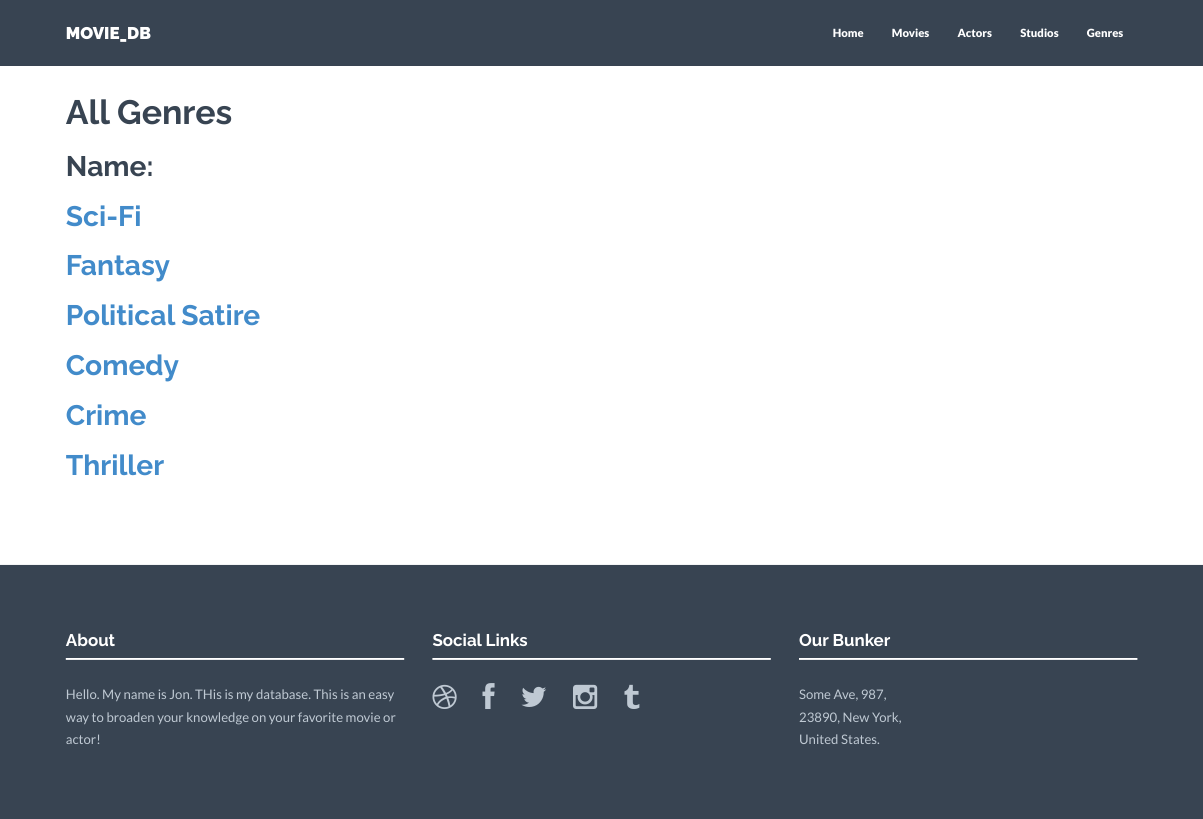
Repository: jonak91/Buzzerd-index
Page: http://localhost/genres.php
The author's editor kept a record of every edit. The page is drawn from the files as they stood at one moment, then again after the next edit.
The browser window is 1280 px wide. The pictures show the whole page, at 94% of full size.
Some web libraries are served in a nearby version. The page is run by PHP 8.4 with error messages shown; the project is at /var/www/html/. The database holds what the project's SQL file puts in it.

Above is the page before.
Not found: assets/js/modernizr.js

### genres.php
<?php require_once( 'incl/functions.php' ); ?>
<?php require_once( 'incl/header.php' ); ?>

 <div class="container mtb">
	 	<div class="row">

	 		<! -- MAIN CONTENAT AREA -->
	 		<div class="col-lg-8">

	 			<h1>All Genres</h1>

		 		<h2>Name:</h2>
		 		<?php
		 		$genres = get_genres();
		 		foreach ($genres as $genre) { ?>
		 		<h2><a href="genre.php?gID=<?php echo $genre['gID']; ?>"><?php echo $genre['name']; ?></a></h2>
		 		<?php } ?>
			</div><! --/ MAIN CONTENT AREA -->

	 	</div><! --/row -->
	 </div><! --/container -->

<?php require_once( 'incl/footer.php' ); ?>

### incl/functions.php
<?php
require_once('database.php');

$host= '127.0.0.1';
$u= 'jonak91';
$p = '';
$d= 'movies';

global $db;
$db= new Database($d, $u, $p, $host);

function get_movies(){
	$db = $GLOBALS['db'];
	$results = $db->query("SELECT * FROM movies ORDER BY title ASC"); //updated
	return $db->resToArray($results);
}

function get_5mostrecentmovies(){
	$db = $GLOBALS['db'];
	$results = $db->query("SELECT * FROM movies ORDER BY timestamp ASC LIMIT 5"); //updated
	return $db->resToArray($results);
}

function get_5mostrecentactors(){
	$db = $GLOBALS['db'];
	$results = $db->query("SELECT * FROM actors ORDER BY timestamp 'first_name' LIMIT 5"); //updated
	return $db->resToArray($results);
}

function get_actors(){
	$db= $GLOBALS['db'];
	$results = $db->query("SELECT * FROM actors ORDER BY 'first_name'"); //updated
	return $db->resToArray($results);
}

function get_studios(){
	$db= $GLOBALS['db'];
	$results = $db->query("SELECT * FROM studio"); //updated
	return $db->resToArray($results);
}

function get_genres(){
	$db= $GLOBALS['db'];
	$results = $db->query("SELECT * FROM genre"); //updated
	return $db->resToArray($results);
}

function get_movie($mID){
	$db= $GLOBALS['db'];
	$query= "SELECT * FROM movies WHERE mID = '$mID'"; //updated
	return $db->get_row($query);
}

function get_actor($aID){
	$db= $GLOBALS['db'];
	$query= "SELECT * FROM actors WHERE aID = '$aID'"; //updated
	return $db->get_row($query);
}

function get_studio($sID){
	$db= $GLOBALS['db'];
	$query= "SELECT * FROM studio WHERE sID = '$sID'"; //updated
	return $db->get_row($query);
}

function get_genre($gID){
	$db= $GLOBALS['db'];
	$query= "SELECT * FROM genre WHERE gID = '$gID'"; //updated
	return $db->get_row($query);
}

function get_moviesfromstudio($id){  //works
	$db= $GLOBALS['db'];
	$results= $db->query("SELECT * FROM movies JOIN studio ON movies.studioID = studio.sID WHERE studio.sID = '$id'");
	return $db->resToArray($results);
}

function get_genresfrommovies($id){
	$db= $GLOBALS['db'];
	$results= $db->query("SELECT * FROM genre JOIN movie_genres ON genre.gID = movie_genres.genreID JOIN movies ON movie_genres.movieID = movies.mID WHERE movies.mID = '$id'");
	return $db->resToArray($results);
}

function get_moviesfromactor($id){ //works
	$db= $GLOBALS['db'];
	$results= $db->query("SELECT * FROM movies JOIN movie_actors ON movies.mID = movie_actors.movieID JOIN actors ON movie_actors.actorID = actors.aID WHERE actors.aID = '$id'");
	return $db->resToArray($results);
}

function get_moviesfromgenre($id){ //works
	$db= $GLOBALS['db'];
	$results= $db->query("SELECT * FROM movies JOIN movie_genres ON movies.mID = movie_genres.movieID JOIN genre ON movie_genres.genreID = genre.gID WHERE genre.gID = '$id'");
	return $db->resToArray($results);
}

function get_actorsfrommovies($id){  //works
	$db= $GLOBALS['db'];
	$results= $db->query("SELECT * FROM actors JOIN movie_actors ON actors.aID = movie_actors.actorID JOIN movies ON movie_actors.movieID = movies.mID WHERE movies.mID = '$id'");
	return $db->resToArray($results);
}

function add_movie($info){		//works
	$db= $GLOBALS['db'];
	extract($info);
	$submitted= $db->query("INSERT INTO movies VALUES('', '$title', '$year_released', '$synopsis', '$was_novel', '$studioID', CURRENT_TIMESTAMP)");

	if($submitted){
		print "<h3>$title submitted!</h3>";
	}
}

function add_actor($info){		//works
	$db= $GLOBALS['db'];
	extract($info);
	$submitted= $db->query("INSERT INTO actors VALUES('', '$first_name', '$last_name', '$bio', '$dob', '$won_oscar', CURRENT_TIMESTAMP)");

	if($submitted){
		print "<h3>$first_name $last_name submitted!</h3>";
	}
}

function add_genre($info){		//works
	$db= $GLOBALS['db'];
	extract($info);
	$submitted= $db->query("INSERT INTO genre VALUES('', '$name', CURRENT_TIMESTAMP)");

	if($submitted){
		print "<h3>$name submitted!</h3>";
	}
}

function add_studio($info){		//works
	$db= $GLOBALS['db'];
	extract($info);
	$submitted= $db->query("INSERT INTO studio VALUES('', '$name', '$city', '$state', '$zip', CURRENT_TIMESTAMP)");

	if($submitted){
		print "<h3>$name submitted!</h3>";
	}
}

function assign_atm($info){		//works
	$db= $GLOBALS['db'];
	extract($info);
	$submitted= $db->query("INSERT INTO movie_actors VALUES('', '$movie', '$actor', CURRENT_TIMESTAMP)");

	if($submitted){
		print "<h3>assigned</h3>";
	}
}

function assign_gtm($info){		//works
	$db= $GLOBALS['db'];
	extract($info);
	$submitted= $db->query("INSERT INTO movie_genres VALUES('', '$movie', '$genre', CURRENT_TIMESTAMP)");

	if($submitted){
		print "<h3>assigned</h3>";
	}
}

function search($id){
	$db = $GLOBALS['db'];
	$results = $db->query("SELECT * FROM movies WHERE title LIKE '%$id%'");
	return $db->resToArray($results);
}


?>

### incl/database.php
<?php
class Database{
        var $dbName;
        var $user;
        var $password;
        var $host;
        var $lastID;
        var $dbConn;

        //constructor
        function __construct($db, $u, $p, $h){
                $this->dbName= $db;
                $this->user= $u;
                $this->password= $p;
                $this->host= $h;

                //metadata to get entire table list?
        }

        //any query
        function query($query){
                        $this->dbConn= new mysqli($this->host, $this->user, $this->password, $this->dbName);
                        if($this->dbConn->connect_errno > 0){
                                die('Unable to connect to database [' . $dbh->connect_error . ']');
                        }

                        $result= $this->dbConn->query($query) or die('There was an error running the query [' . $this->dbConn->error . ']');
                        $this->lastID= $this->dbConn->insert_id;
                        $this->dbConn->close();

                        return $result;
        }

        function resToArray($res){
                $data= array();
                while($info= mysqli_fetch_assoc($res)){
                        $data[]= $info;
                }

                return $data;
        }

        function get_column($query){

                $res= $this->query($query);

                $data= array();

                while($info= mysqli_fetch_assoc($res)){
                        $key= array_keys($info);
                        $key= $key[0];
                        $data[]= $info[$key];
                }

                return $data;
        }

        function get_row($query){
                $res= $this->query($query);
                $res= $this->resToArray($res);

            return ($res == false) ? $res : $res[0];
        }

        function get_var($query){
                $res= $this->query($query);

                $info= mysqli_fetch_array($res);

                return $info[0];
        }


        function get_mysql_timestamp(){
                return date('Y-m-d H:i:s', time());
        }

        function print_array( $a ) {
        ?>
          <pre>
          <?php var_dump( $a ); ?>
          </pre>
        <?php
        }


        function clean_array($info){
                foreach($info as $key => $val){
                        $info["$key"]= $this->clean($val);
                }

                return $info;
        }


        function clean($a){
                $this->dbConn= new mysqli($this->host, $this->user, $this->password, $this->dbName);
                $a= $this->dbConn->real_escape_string($a);
                $this->dbConn->close();

                return $a;
        }

}


?>

### incl/header.php
<!DOCTYPE html>
<html lang="en">
  <head>
    <meta charset="utf-8">
    <meta http-equiv="X-UA-Compatible" content="IE=edge">
    <meta name="viewport" content="width=device-width, initial-scale=1">
    <meta name="description" content="">
    <meta name="author" content="">
    <link rel="shortcut icon" href="assets/ico/favicon.ico">

    <title>SOLID - Bootstrap 3 Theme</title>

    <!-- Bootstrap core CSS -->
    <link href="assets/css/bootstrap.css" rel="stylesheet">

    <!-- Custom styles for this template -->
    <link href="assets/css/style.css" rel="stylesheet">
    <link href="assets/css/font-awesome.min.css" rel="stylesheet">


    <!-- Just for debugging purposes. Don't actually copy this line! -->
    <!--[if lt IE 9]><script src="../../assets/js/ie8-responsive-file-warning.js"></script><![endif]-->

    <!-- HTML5 shim and Respond.js IE8 support of HTML5 elements and media queries -->
    <!--[if lt IE 9]>
      <script src="https://oss.maxcdn.com/libs/html5shiv/3.7.0/html5shiv.js"></script>
      <script src="https://oss.maxcdn.com/libs/respond.js/1.4.2/respond.min.js"></script>
    <![endif]-->

    <script src="assets/js/modernizr.js"></script>
  </head>

  <body>

    <!-- Fixed navbar -->
    <div class="navbar navbar-default navbar-fixed-top" role="navigation">
      <div class="container">
        <div class="navbar-header">
          <button type="button" class="navbar-toggle" data-toggle="collapse" data-target=".navbar-collapse">
            <span class="sr-only">Toggle navigation</span>
            <span class="icon-bar"></span>
            <span class="icon-bar"></span>
            <span class="icon-bar"></span>
          </button>
          <a class="navbar-brand" href="index.php">MOVIE_DB</a>
        </div>
        <div class="navbar-collapse collapse navbar-right">
          <ul class="nav navbar-nav">
            <li><a href="index.php">Home</a></li>
            <li><a href="movies.php">Movies</a></li>
            <li><a href="actors.php">Actors</a></li>
            <li><a href="studios.php">Studios</a></li>
            <li><a href="genres.php">Genres</a></li>
          </ul>
        </div><!--/.nav-collapse -->
      </div>
    </div>

### incl/footer.php


	<!-- *****************************************************************************************************************
	 FOOTER
	 ***************************************************************************************************************** -->
	 <div id="footerwrap">
	 	<div class="container">
		 	<div class="row">
		 		<div class="col-lg-4">
		 			<h4>About</h4>
		 			<div class="hline-w"></div>
		 			<p>Hello. My name is Jon. THis is my database. This is an easy way to broaden your knowledge on your favorite movie or actor!</p>
		 		</div>
		 		<div class="col-lg-4">
		 			<h4>Social Links</h4>
		 			<div class="hline-w"></div>
		 			<p>
		 				<a href="#"><i class="fa fa-dribbble"></i></a>
		 				<a href="#"><i class="fa fa-facebook"></i></a>
		 				<a href="#"><i class="fa fa-twitter"></i></a>
		 				<a href="#"><i class="fa fa-instagram"></i></a>
		 				<a href="#"><i class="fa fa-tumblr"></i></a>
		 			</p>
		 		</div>
		 		<div class="col-lg-4">
		 			<h4>Our Bunker</h4>
		 			<div class="hline-w"></div>
		 			<p>
		 				Some Ave, 987,<br/>
		 				23890, New York,<br/>
		 				United States.<br/>
		 			</p>
		 		</div>

		 	</div><! --/row -->
	 	</div><! --/container -->
	 </div><! --/footerwrap -->

    <!-- Bootstrap core JavaScript
    ================================================== -->
    <!-- Placed at the end of the document so the pages load faster -->
    <script src="https://ajax.googleapis.com/ajax/libs/jquery/1.11.0/jquery.min.js"></script>
    <script src="assets/js/bootstrap.min.js"></script>
	<script src="assets/js/retina-1.1.0.js"></script>
	<script src="assets/js/jquery.hoverdir.js"></script>
	<script src="assets/js/jquery.hoverex.min.js"></script>
	<script src="assets/js/jquery.prettyPhoto.js"></script>
  	<script src="assets/js/jquery.isotope.min.js"></script>
  	<script src="assets/js/custom.js"></script>


  </body>
</html>

### assets/css/style.css
/*	################################################################

	Author: Carlos Alvarez
	URL: http://alvarez.is

	Project Name: SOLID - Bootstrap 3 Theme
	Version: 1.0
	URL: http://alvarez.is

################################################################# */
@import url(http://fonts.googleapis.com/css?family=Raleway:400,700,900);
@import url(http://fonts.googleapis.com/css?family=Lato:400,900);
@import url("prettyPhoto.css") screen;
@import url("hoverex-all.css") screen;

/*	################################################################
	1. GENERAL STRUCTURES
################################################################# */
	* {
		margin: 0;
		padding: 0px;
	}

body {
	background: #ffffff;
	margin: 0;
	height: 100%;
	color: #384452;
	font-family: 'Lato', sans-serif;
	font-weight: 400;
	}

h1, h2, h3, h4, h5, h6 {
	font-family: 'Raleway', sans-serif;
	font-weight: 700;
}

p {
	padding: 0;
	margin-bottom: 12px;
	font-family: 'Lato', sans-serif;
	font-weight: 400;
	font-size: 14px;
	line-height: 24px;
	color: #384452;
	margin-top: 10px;
}

img {
	height: auto;
	max-width: 100%;
}

a {
	padding: 0;
	margin: 0;
	text-decoration: none;
	-webkit-transition: background-color .4s linear, color .4s linear;
	-moz-transition: background-color .4s linear, color .4s linear;
	-o-transition: background-color .4s linear, color .4s linear;
	-ms-transition: background-color .4s linear, color .4s linear;
	transition: background-color .4s linear, color .4s linear;
}
a:hover,
a:focus {
  text-decoration: none;
  color:#01b2fe;
}

::-moz-selection  {
	color: #fff;
	text-shadow:none;
	background:#2B2E31;
}
::selection {
	color: #fff;
	text-shadow:none;
	background:#2B2E31;
}

.centered {
	text-align: center
}

/*	################################################################
	BOOTSTRAP MODIFICATIONS & TWEAKS
################################################################# */
.navbar {
	min-height: 70px;
	padding-top: 10px;
	margin-bottom: 0px;
}

.navbar-brand {
	font-family: 'Raleway', sans-serif;
	font-weight: 900;
}

.navbar-header .navbar-brand {
	color: white;
}

.navbar-default .navbar-nav > li > a {
	color: white;
	font-weight: 700;
	font-size: 12px;
}

.navbar-default .navbar-nav > li > a:hover {
	color: #00b3fe;
}

.navbar-default .navbar-nav > .active > a, .navbar-default .navbar-nav > .active > a:hover, .navbar-default .navbar-nav > .active > a:focus {
	color: #00b3fe;
	background-color: transparent;
}

.navbar-default {
	background-color: #384452;
	border-color: transparent;
}

.dropdown-menu {
	background: #384452;
}

.dropdown-menu > li > a {
	color: white;
	font-weight: 700;
	font-size: 12px;
}

.btn-theme {
  color: #fff;
  background-color: #384452;
  border-color: #384452;
  margin: 4px;
}
.btn-theme:hover,
.btn-theme:focus,
.btn-theme:active,
.btn-theme.active,
.open .dropdown-toggle.btn-theme {
  color: #fff;
  background-color: #00b3fe;
  border-color: #00b3fe;
}

.dmbutton:hover,
.dmbutton:active,
.dmbutton:focus{
	color: #ffffff;
	background-color: #222222;
	border-color: #ffffff;
}
.dmbutton {
	background:rgba(0, 0, 0, 0);
	border: 1px solid #ffffff;
	color: #ffffff;
	-webkit-border-radius: 2px;
	border-radius: 2px;
	padding-top: 1.025rem;
	padding-right: 2.25rem;
	letter-spacing:0.85px;
	padding-bottom: 1.0875rem;
	padding-left: 2.25rem;
	font-size: 1.55rem;
	cursor: pointer;
	font-weight: normal;
	line-height: normal;
	margin: 0 0 1.25rem;
	text-decoration: none;
	text-align: center;
	display: inline-block;
	-webkit-transition: background-color 300ms ease-out;
	-moz-transition: background-color 300ms ease-out;
	transition: background-color 300ms ease-out;
	-webkit-appearance: none;
	font-weight: normal !important;
}

.mtb {
	margin-top: 80px;
	margin-bottom: 80px;
}

.mb {
	margin-bottom: 60px;
}

.mt {
	margin-top: 60px;
}

.hline {
	border-bottom: 2px solid #384452;
}

.hline-w {
	border-bottom: 2px solid #ffffff;
	margin-bottom: 25px;
}
/*	################################################################
	SITE WRAPS
################################################################# */

#headerwrap {
	background-color: #00b3fe;
	min-height: 550px;
	padding-top: 100px;
	padding-bottom: 0px;
	text-align: center;
}

#headerwrap h3, h5 {
	color: white;
	font-weight: 400;
}

#headerwrap h1 {
	color: white;
	margin-bottom: 25px;
}

#headerwrap .img-responsive {
	margin: 0 auto;
}

/* Services Wrap */
#service {
	margin-top: 100px;
	margin-bottom: 80px;
}

#service i {
	color: #00b3fe;
	font-size: 60px;
	padding: 15px;
}

/* Portfolio Wrap */
#portfoliowrap {
	padding-top: 60px;
	margin-bottom: 60px;
	display: block;
	text-align: center
}

#portfoliowrap h3 {
	margin-bottom: 25px;
}

.portfolio {
	padding:0 !important;
	margin:0 !important;
	display:block;
}


.portfolio-item .title:before {border-radius:0; display:none}
.portfolio-item p {margin:0px 0 30px;}
.portfolio-item h3 {margin:-10px 0 10px; font-size:16px; text-transform:uppercase;}


.tpl6 h3
{
	color:#fff;
	margin:0;
	padding:40px 5px 0;
	font-size:16px;
	text-transform:uppercase;
}
.tpl6 .dmbutton
{
	display:inline-block;
	margin:30px 5px 20px 5px;
	font-size:13px;
}

.tpl6 .bg
{
	height:100%;
	width:100%;
	background-color:#00b3fe;
	background-color:rgba(0,179,254,.9);
	text-align:center;
}

/* Testimonials Wrap */
#twrap {
	background: url(../img/t-back.jpg) no-repeat center top;
	margin-top: 0px;
	padding-top:60px;
	text-align:center;
	background-attachment: relative;
	background-position: center center;
	min-height: 450px;
	width: 100%;

    -webkit-background-size: 100%;
    -moz-background-size: 100%;
    -o-background-size: 100%;
    background-size: 100%;

    -webkit-background-size: cover;
    -moz-background-size: cover;
    -o-background-size: cover;
    background-size: cover;
}

#twrap i {
	font-size: 50px;
	color: white;
	margin-bottom: 25px;
}

#twrap p {
	color: white;
	font-size: 15px;
	line-height: 30px;
}

/* clients logo */
#cwrap {
	background: #f7f7f7;
	margin-top: 0px;
	padding-top: 80px;
	padding-bottom: 100px;
}

#cwrap h3 {
	margin-bottom: 60px;
}

/* Footer */
#footerwrap {
	padding-top: 60px;
	padding-bottom: 60px;
	background: #384452;
}

#footerwrap p {
	color: #bfc9d3;
}

#footerwrap h4 {
	color: white;
}

#footerwrap i {
	font-size: 30px;
	color: #bfc9d3;
	padding-right: 25px;
}

#footerwrap i:hover {
	color: #00b3fe
}

/*	################################################################
	PAGE CONFIGURATIONS
################################################################# */
/* General Tweaks */

#blue {
	background: #00b3fe;
	margin-top: 60px;
	margin-bottom: 60px;
	padding-top: 25px;
	padding-bottom: 25px;
}

#blue h3 {
	color: white;
	margin-left: 15px;
}

.ctitle {
	color: #00b3fe;
	font-weight: 700;
	margin-bottom: 15px;
}

csmall {
	font-size: 12px;
	color: #b3b3b3;
}
csmall2 {
	font-size: 12px;
	color: #f39c12
}

.spacing {
	margin-top: 40px;
	margin-bottom: 40px;
}

.badge-theme {
	background: #00b3fe;
}

/* Contact Page */
#contactwrap {
	background: url(../img/contact.jpg) no-repeat center top;
	margin-top: -60px;
	padding-top:0px;
	text-align:center;
	background-attachment: relative;
	background-position: center center;
	min-height: 400px;
	width: 100%;

    -webkit-background-size: 100%;
    -moz-background-size: 100%;
    -o-background-size: 100%;
    background-size: 100%;

    -webkit-background-size: cover;
    -moz-background-size: cover;
    -o-background-size: cover;
    background-size: cover;
}

/* Blog Page */
.popular-posts {
	margin: 0px;
	padding-left: 0px;
	}

.popular-posts li {
	list-style: none;
	margin-bottom: 20px;
	min-height: 70px;
}
.popular-posts li a,
.popular-posts li a:hover {
	color:#2f2f2f;
	text-decoration: none;
	}

.popular-posts li img {
	float: left;
	margin-right: 20px;
	}

.popular-posts li em {
	font-family: 'Lato', sans-serif;
	font-size: 12px;
	color: #b3b3b3
	}

.popular-posts p {
	line-height: normal;
	margin-bottom: auto;
}

.share i {
	padding-right: 15px;
	font-size: 18px;
}

### job.sql (the tables this page reads)
CREATE TABLE IF NOT EXISTS `genre` (
`gID` smallint(6) NOT NULL,
  `name` varchar(50) NOT NULL,
  `timestamp` timestamp NOT NULL DEFAULT CURRENT_TIMESTAMP ON UPDATE CURRENT_TIMESTAMP
) ENGINE=InnoDB AUTO_INCREMENT=7 DEFAULT CHARSET=latin1;

INSERT INTO `genre` (`gID`, `name`, `timestamp`) VALUES
(1, 'Sci-Fi', '2014-11-21 13:16:26'),
(2, 'Fantasy', '2014-11-21 13:16:26'),
(3, 'Political Satire', '2014-11-21 13:16:38'),
(4, 'Comedy', '2014-11-21 13:16:38'),
(5, 'Crime', '2014-11-21 13:26:18'),
(6, 'Thriller', '2014-11-21 13:26:18');

ALTER TABLE `genre`
 ADD PRIMARY KEY (`gID`);

ALTER TABLE `genre`
MODIFY `gID` smallint(6) NOT NULL AUTO_INCREMENT,AUTO_INCREMENT=7;

Loaded but not shown: assets/css/bootstrap.css (library); assets/css/font-awesome.min.css (library); assets/js/bootstrap.min.js (library); assets/js/jquery.hoverdir.js (library); assets/js/jquery.hoverex.min.js (library); assets/js/jquery.prettyPhoto.js (library); assets/js/jquery.isotope.min.js (library); assets/js/custom.js (common file); assets/js/retina-1.1.0.js (151 lines, source omitted); assets/css/hoverex-all.css (2838 lines, source omitted); assets/css/prettyPhoto.css (170 lines, source omitted)

After the next edit:
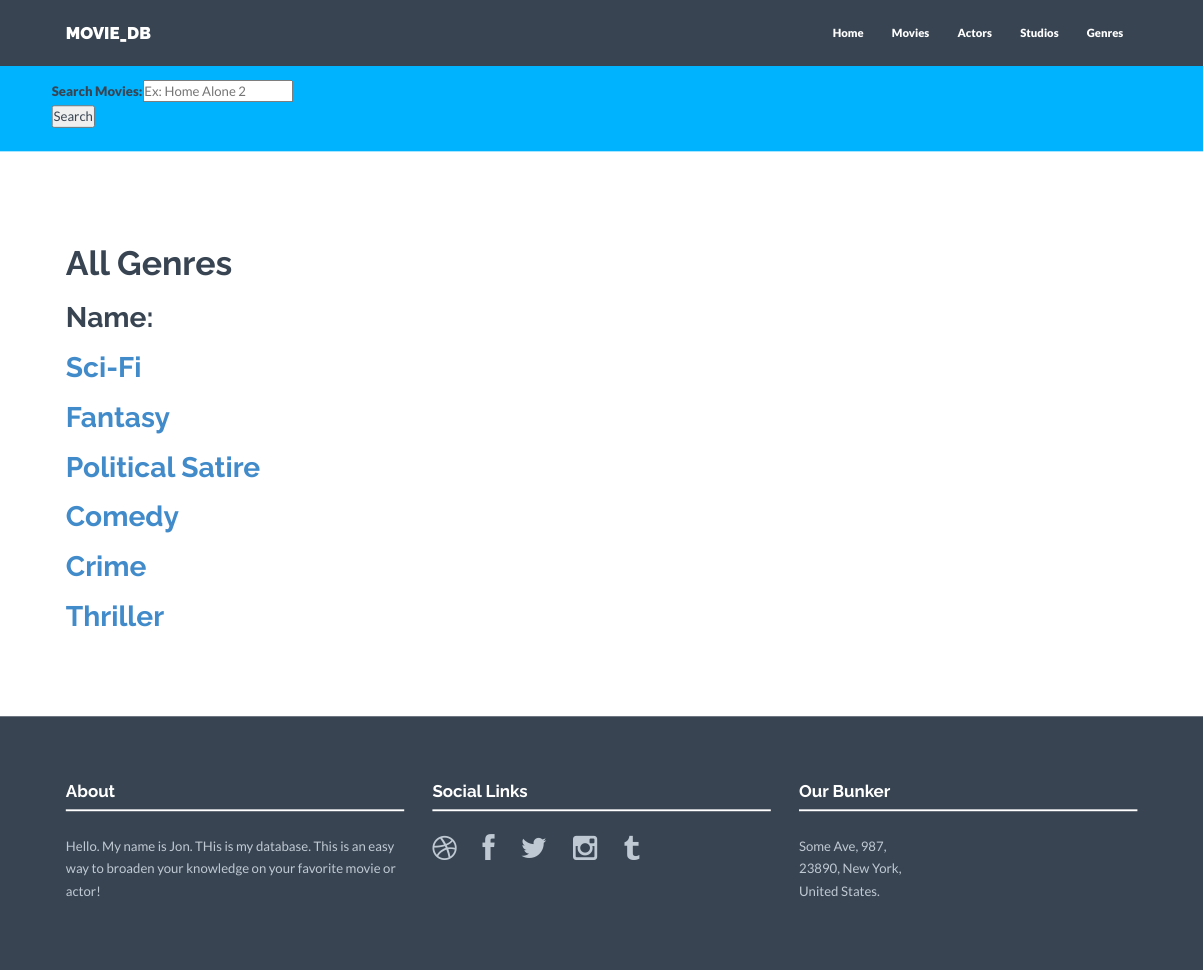
The edit:
--- a/genres.php
+++ b/genres.php
@@ -1,5 +1,24 @@
 <?php require_once( 'incl/functions.php' ); ?>
 <?php require_once( 'incl/header.php' ); ?>
+
+<div id="blue">
+	    <div class="container">
+			<div class="row">
+			    <?php
+			    if(isset($_POST['submit'])){
+			    $title=$_POST['title'];
+				header( "Location: /results.php?result=$title");
+				}
+		        ?>
+				<form method="post" name="search">
+				<div>
+				<label for="name">Search Movies:</label><input type="text" name="title" placeholder="Ex: Home Alone 2" />
+				</div>
+				<input type="submit" name="submit" value="Search" />
+				</form>
+			</div><!-- /row -->
+	    </div> <!-- /container -->
+	</div>
 
  <div class="container mtb">
 	 	<div class="row">
